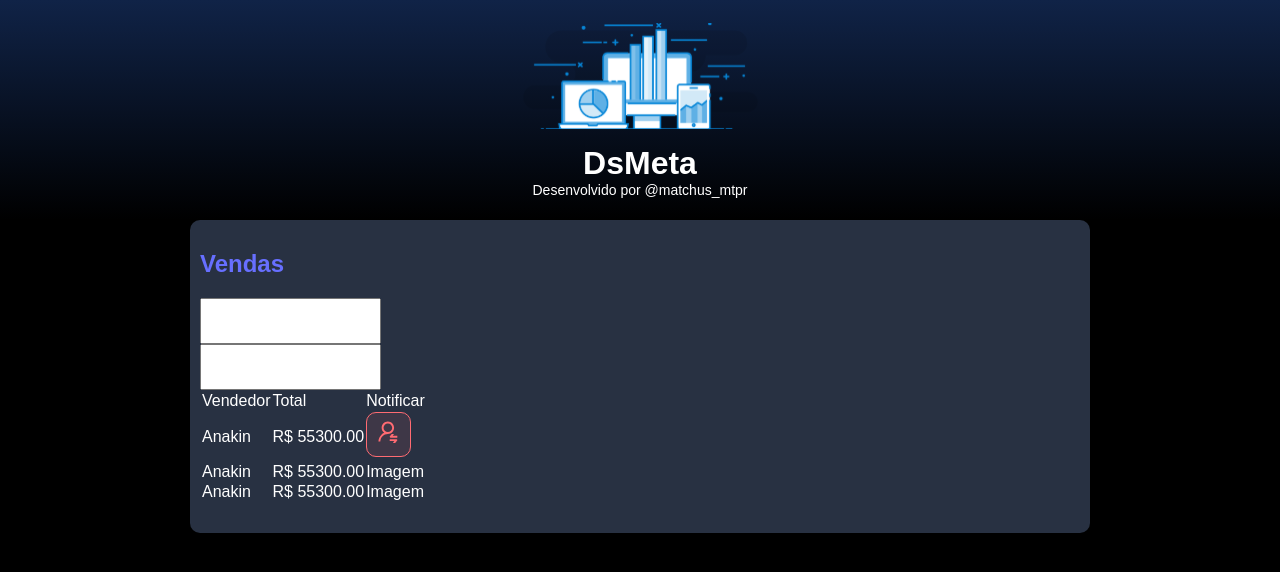
Repository: MatheusAlvesPereiraRosa/ds-meta
Page: index.html
The author's editor kept a copy of each file at every save. The page is drawn from the files as they stood at one save, then again after the next save.
The browser window is 1280 px wide. The pictures show the whole page.

Above is the page before, as saved 2022-09-01 11:54:47.

### index.html
<!DOCTYPE html>
<html lang="en">
  <head>
    <meta charset="UTF-8" />
    <meta http-equiv="X-UA-Compatible" content="IE=edge" />
    <meta name="viewport" content="width=device-width, initial-scale=1.0" />
    <title>Document</title>

    <link rel="stylesheet" href="styles.css" />
  </head>

  <body>
    <header>
      <div class="dsmeta-logo-container">
        <img src="logo.svg" alt="Logo" />
        <h1>DsMeta</h1>
        <p>
          Desenvolvido por
          <a href="https://www.instagram.com/matchus_mtpr">@matchus_mtpr</a>
        </p>
      </div>
    </header>

    <main>
      <section id="sales">
        <div class="dsmeta-container">
          <div class="dsmeta-card">
            <h2 class="dsmeta-sales-title">Vendas</h2>
            <div>
              <div>
                <input class="dsmeta-form-control" type="text" />
              </div>
              <div>
                <input class="dsmeta-form-control" type="text" />
              </div>
            </div>

            <div>
              <table>
                <thead>
                  <tr>
                    <td>Vendedor</td>
                    <td>Total</td>
                    <td>Notificar</td>
                  </tr>
                </thead>
                <tbody>
                  <tr>
                    <td>Anakin</td>
                    <td>R$ 55300.00</td>
                    <td><img src="icon.svg" alt="Notificar" /></td>
                  </tr>
                  <tr>
                    <td>Anakin</td>
                    <td>R$ 55300.00</td>
                    <td>Imagem</td>
                  </tr>
                  <tr>
                    <td>Anakin</td>
                    <td>R$ 55300.00</td>
                    <td>Imagem</td>
                  </tr>
                </tbody>
              </table>
            </div>
          </div>
        </div>
      </section>
    </main>
  </body>
</html>

### styles.css
@import url('https://fonts.googleapis.com/css2?family=Roboto:wght@300&display=swap');

* {
    font-family: 'Rotobto', sans-serif;
    box-sizing: border-box;
    margin: 0;
    padding: 0;
}

header {
    background: linear-gradient(180deg, #102347 0%, transparent);
    height: 220px;
    display: flex;
    align-items: center;
    justify-content: center;
}

body, html {
    background-color: black;
    color: #fff;
}

a, a:hover, a:visited {
    color: unset;
    text-decoration: none;
}

.dsmeta-logo-container {
    display: flex;
    flex-direction: column;
    align-items: center;
}

.dsmeta-logo-container img{
    width: 235px;
}

.dsmeta-logo-container h1{
    margin-top: 15px;
}

.dsmeta-logo-container p{
    font-size: 14px;
    font-weight: 300;
}

.dsmeta-card {
    background-color: #283142;
    border-radius: 10px;
    padding: 30px 10px;
}

.dsmeta-container {
    width: 100%;
    max-width: 900px;
    margin: 0 auto;
}

#id {
    padding: 40px 10px;
}

.dsmeta-sales-title {
    color: #676FFF;
    font-size: 24px;
    margin-bottom: 20px;
}

.dsmeta-form-control {
    height: 46px;
    background-color: ;
}

After the next save:
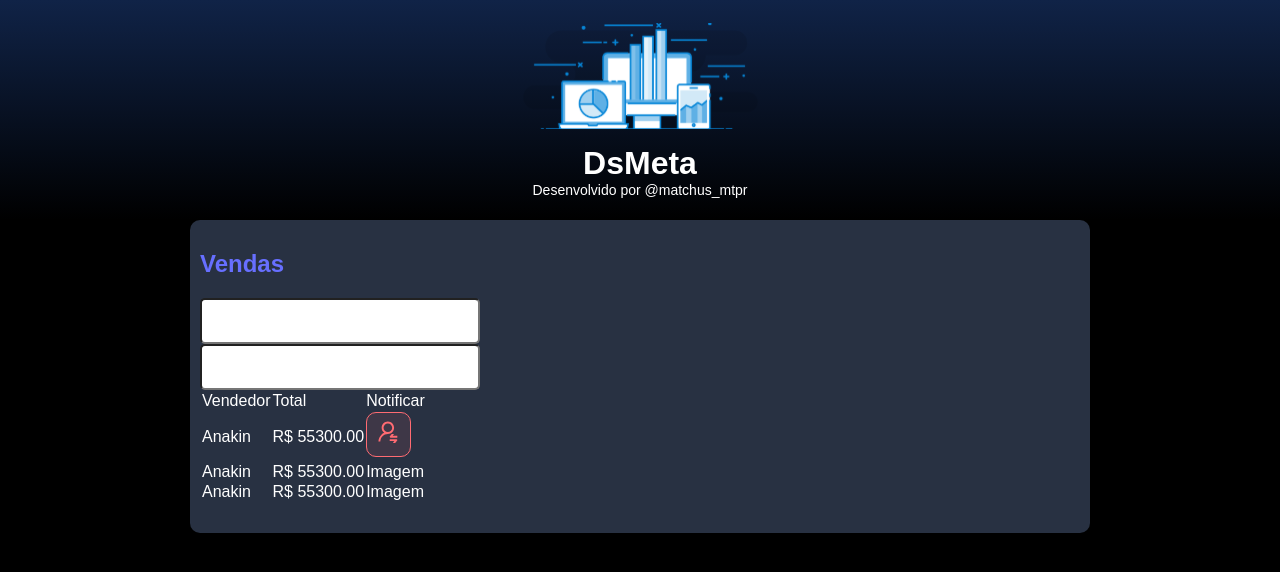
Saved 36 s later.
--- a/styles.css
+++ b/styles.css
@@ -69,4 +69,6 @@ a, a:hover, a:visited {
 .dsmeta-form-control {
     height: 46px;
     background-color: ;
+    width: 280px;
+    border-radius: 5px;
 }
